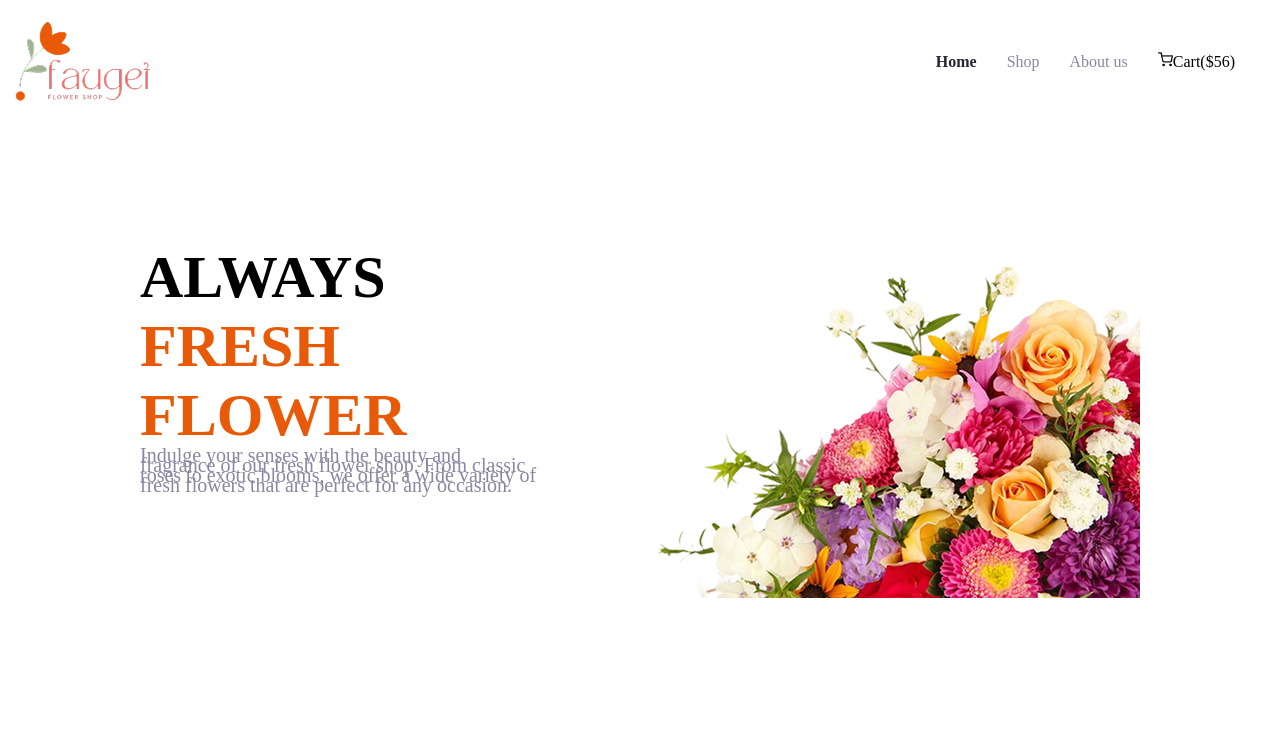
Repository: dollyrakhe22/Flowers-main-website
Page: index.html
An editor plug-in stored every save of this project. The page is shown before and after the next save, followed by the edit.
The browser window is 1280 px wide. The pictures show the whole page.
Some web libraries are served in a nearby version.

Above is the page before, as saved 2025-07-24 00:12:56.

After the next save:
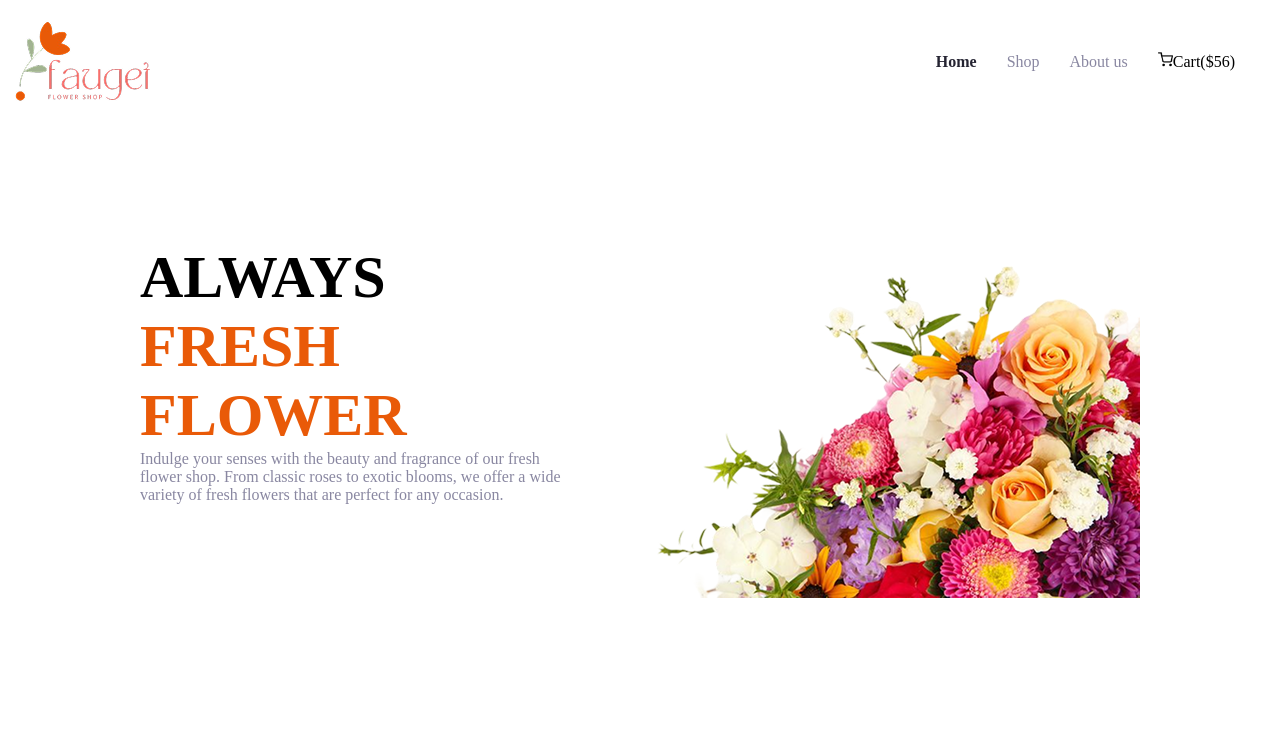
Saved 5 min 58 s later.
--- a/style.css
+++ b/style.css
@@ -59,8 +59,8 @@ nav ul li{
 .flower-title{
       font-size: 3.75rem;
 }
-.flower-decription{
+.flower-description{
     font-size: 20px;
     width: 400px;
-    line-height: 10px;
+
 }
